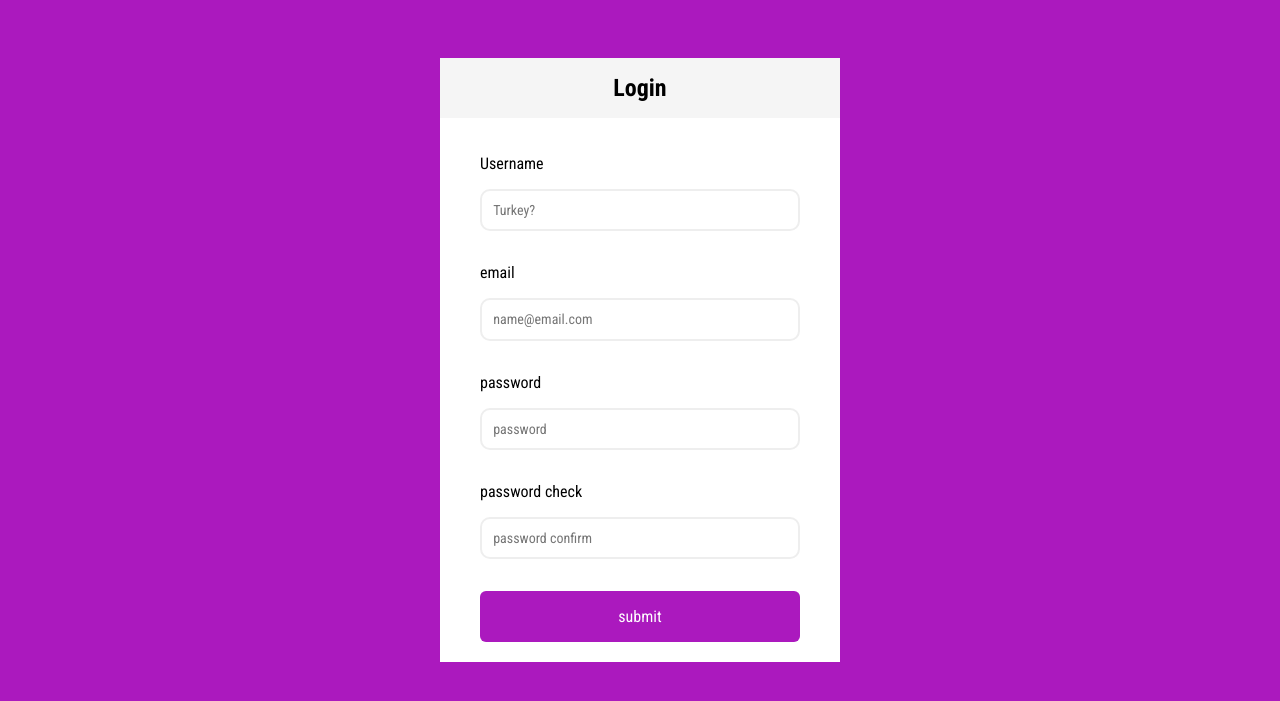
Repository: Abdoulrhman-altyeb/form-_validation-
Page: index.html
The author's editor kept a copy of each file at every save. The page is drawn from the files as they stood at one save, then again after the next save.
The browser window is 1280 px wide. The pictures show the whole page.

Above is the page before, as saved 2021-05-23 20:52:37.

After the next save:
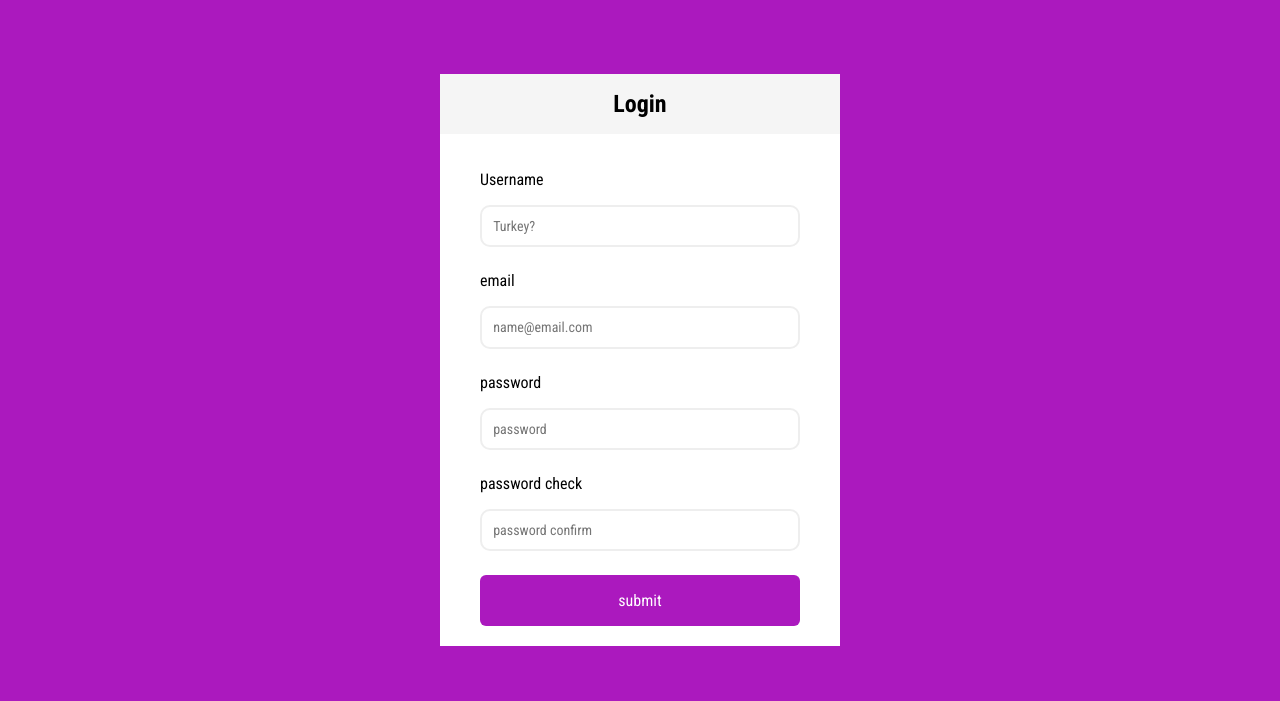
Saved 6 s later.
--- a/style.css
+++ b/style.css
@@ -29,7 +29,7 @@ body{
     padding:20px 40px;
 }
 .form-control{
-    margin-bottom:1rem;
+    margin-bottom:0.5rem;
     padding-bottom:1rem;
     position: relative;
 }
